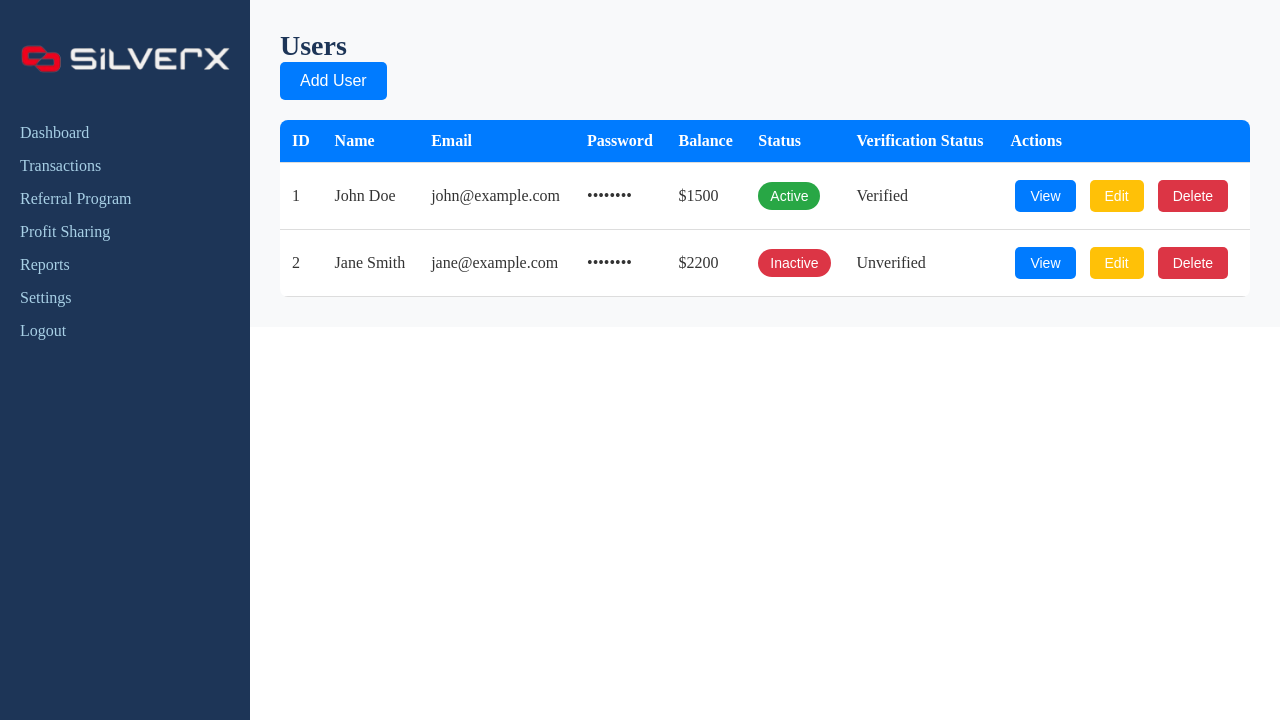
Repository: 2025silverx/slivedrX
Page: index.html
These files come from the project's save history. The page is drawn as it stood at one moment and after the next save; the edit follows.
The browser window is 1280 px wide. The pictures show the whole page.

Above is the page before, as saved 2025-01-19 21:03:25.

### index.html
<!DOCTYPE html>
<html lang="en">
<head>
    <meta charset="UTF-8">
    <meta name="viewport" content="width=device-width, initial-scale=1.0">
    <title>Admin Panel - Users</title>
    <link rel="stylesheet" href="style.css">
</head>
<body>
    <div id="sidebar-container">
        <div class="sidebar">
            <img src="images/logo.png" alt="Sidebar Logo" class="sidebar-logo">
            <ul class="sidebar-links">
                <li><a href="index.html" class="sidebar-link" data-target="dashboard">Dashboard</a></li>
                <li><a href="index2.html" class="sidebar-link" data-target="transactions">Transactions</a></li>
                <li><a href="indesx3.html" class="sidebar-link" data-target="reports">Referral Program</a></li>
                <li><a href="index4.html" class="sidebar-link" data-target="users">Profit Sharing</a></li>
                <li><a href="index5.html" class="sidebar-link" data-target="reports">Reports</a></li>
                <li><a href="setting.html" class="sidebar-link" data-target="settings">Settings</a></li>
                <li><a href="login.html" class="sidebar-link" data-target="logout">Logout</a></li>
            </ul>
        </div>
    </div>

    <div class="main-content">
        <h1>Users</h1>
        <button onclick="addUser()" class="add-user-btn">Add User</button>
        <table class="full-width-table">
            <thead>
                <tr>
                    <th>ID</th>
                    <th>Name</th>
                    <th>Email</th>
                    <th>Password</th>
                    <th>Balance</th>
                    <th>Status</th>
                    <th>Verification Status</th>
                    <th>Actions</th>
                </tr>
            </thead>
            <tbody id="userTable">
                <tr>
                    <td>1</td>
                    <td>John Doe</td>
                    <td>john@example.com</td>
                    <td>••••••••</td>
                    <td>$1500</td>
                    <td><button class="status-btn active" onclick="toggleStatus(this)">Active</button></td>
                    <td>Verified</td>
                    <td>
                        <button class="action-btn view" onclick="viewUser(1)">View</button>
                        <button class="action-btn edit" onclick="editUser(1)">Edit</button>
                        <button class="action-btn delete" onclick="deleteUser(1)">Delete</button>
                    </td>
                </tr>
                <tr>
                    <td>2</td>
                    <td>Jane Smith</td>
                    <td>jane@example.com</td>
                    <td>••••••••</td>
                    <td>$2200</td>
                    <td><button class="status-btn inactive" onclick="toggleStatus(this)">Inactive</button></td>
                    <td>Unverified</td>
                    <td>
                        <button class="action-btn view" onclick="viewUser(2)">View</button>
                        <button class="action-btn edit" onclick="editUser(2)">Edit</button>
                        <button class="action-btn delete" onclick="deleteUser(2)">Delete</button>
                    </td>
                </tr>
            </tbody>
        </table>

        <!-- Hidden Edit User Form -->
        <div id="edit-form-container" class="edit-form" style="display: none;">
            <h2>Edit User</h2>
            <form id="edit-form">
                <input type="text" id="edit-name" placeholder="Name" required>
                <input type="email" id="edit-email" placeholder="Email" required>
                <input type="text" id="edit-password" placeholder="Password" required>
                <input type="number" id="edit-balance" placeholder="Balance" required>
                <button type="submit">Save Changes</button>
                <button type="button" onclick="closeEditForm()">Cancel</button>
            </form>
        </div>
    </div>

    <script>
        function addUser() {
            alert('Add User button clicked.');
        }

        function viewUser(id) {
            alert(`Viewing details for User ID: ${id}`);
        }

        function editUser(id) {
            const name = document.getElementById('edit-name');
            const email = document.getElementById('edit-email');
            const password = document.getElementById('edit-password');
            const balance = document.getElementById('edit-balance');

            // Mock data for simplicity
            name.value = `User ${id}`;
            email.value = `user${id}@example.com`;
            password.value = 'examplePassword'; // Display the actual password
            balance.value = 1500;

            // Show the form
            document.getElementById('edit-form-container').style.display = 'block';
        }

        function deleteUser(id) {
            const confirmDelete = confirm(`Are you sure you want to delete User ID: ${id}?`);
            if (confirmDelete) {
                alert(`User ID: ${id} deleted.`);
            }
        }

        function toggleStatus(button) {
            if (button.classList.contains('active')) {
                button.classList.remove('active');
                button.classList.add('inactive');
                button.textContent = 'Inactive';
            } else {
                button.classList.remove('inactive');
                button.classList.add('active');
                button.textContent = 'Active';
            }
        }

        function closeEditForm() {
            document.getElementById('edit-form-container').style.display = 'none';
        }

        document.getElementById('edit-form').addEventListener('submit', function (event) {
            event.preventDefault();
            alert('Changes saved!');
            document.getElementById('edit-form-container').style.display = 'none';
        });
    </script>
</body>
</html>

### style.css
/* Reset some default styles */
* {
    margin: 0;
    padding: 0;
    box-sizing: border-box;
}

/* Sidebar styles */
#sidebar-container {
    width: 250px;
    height: 100vh;
    position: fixed;
    background-color: #1d3557; /* Bluish background */
    color: white;
    padding: 20px;
    display: flex;
    flex-direction: column;
    justify-content: space-between;
}

.sidebar-logo {
    width: 100%;
    margin-bottom: 30px;
}

.sidebar-links {
    list-style-type: none;
    padding: 0;
}

.sidebar-link {
    text-decoration: none;
    color: #a8d0e6; /* Lighter bluish text */
    font-size: 16px;
    display: block;
    margin-bottom: 15px;
    transition: 0.3s;
}

.sidebar-link:hover {
    color: #fff;
}

/* Main content styles */
.main-content {
    margin-left: 250px;
    padding: 30px;
    background-color: #f8f9fa;
}

h1 {
    font-size: 28px;
    color: #1d3557;
}

/* Add User Button Styles */
.add-user-btn {
    background-color: #007bff;
    color: white;
    border: none;
    padding: 10px 20px;
    border-radius: 5px;
    font-size: 16px;
    cursor: pointer;
    transition: background-color 0.3s;
}

.add-user-btn:hover {
    background-color:#007bff;
}

/* Table Styles */
table {
    width: 100%;
    border-collapse: collapse;
    margin-top: 20px;
    border-radius: 8px;
    overflow: hidden;
}

th, td {
    padding: 12px;
    text-align: left;
    border-bottom: 1px solid #ddd;
}

th {
    background-color: #007bff;
    color: white;
}

td {
    background-color: #fff;
    color: #333;
}

/* Status button styles */
.status-btn {
    padding: 6px 12px;
    border-radius: 20px;
    color: white;
    font-size: 14px;
    cursor: pointer;
    border: none;
}

.status-btn.active {
    background-color: #28a745;
}

.status-btn.inactive {
    background-color: #dc3545;
}

/* Action button styles */
.action-btn {
    padding: 8px 15px;
    border: none;
    cursor: pointer;
    margin: 5px;
    border-radius: 5px;
    font-size: 14px;
}

.action-btn.view {
    background-color: #007bff;
    color: white;
}

.action-btn.edit {
    background-color: #ffc107;
    color: white;
}

.action-btn.delete {
    background-color: #dc3545;
    color: white;
}

.action-btn.show-password {
    background-color: #007bff;
    color: white;
}

After the next save:
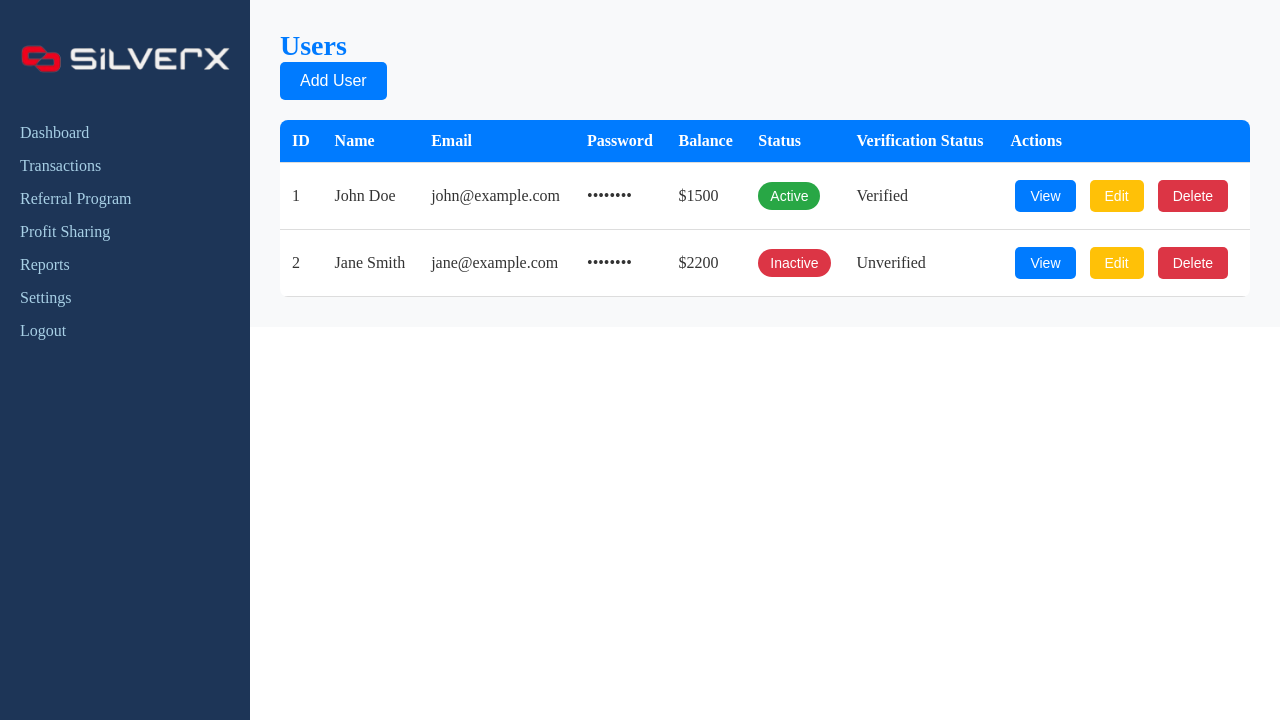
Saved 7 s later.
--- a/style.css
+++ b/style.css
@@ -50,7 +50,7 @@
 
 h1 {
     font-size: 28px;
-    color: #1d3557;
+    color:#007bff;
 }
 
 /* Add User Button Styles */
